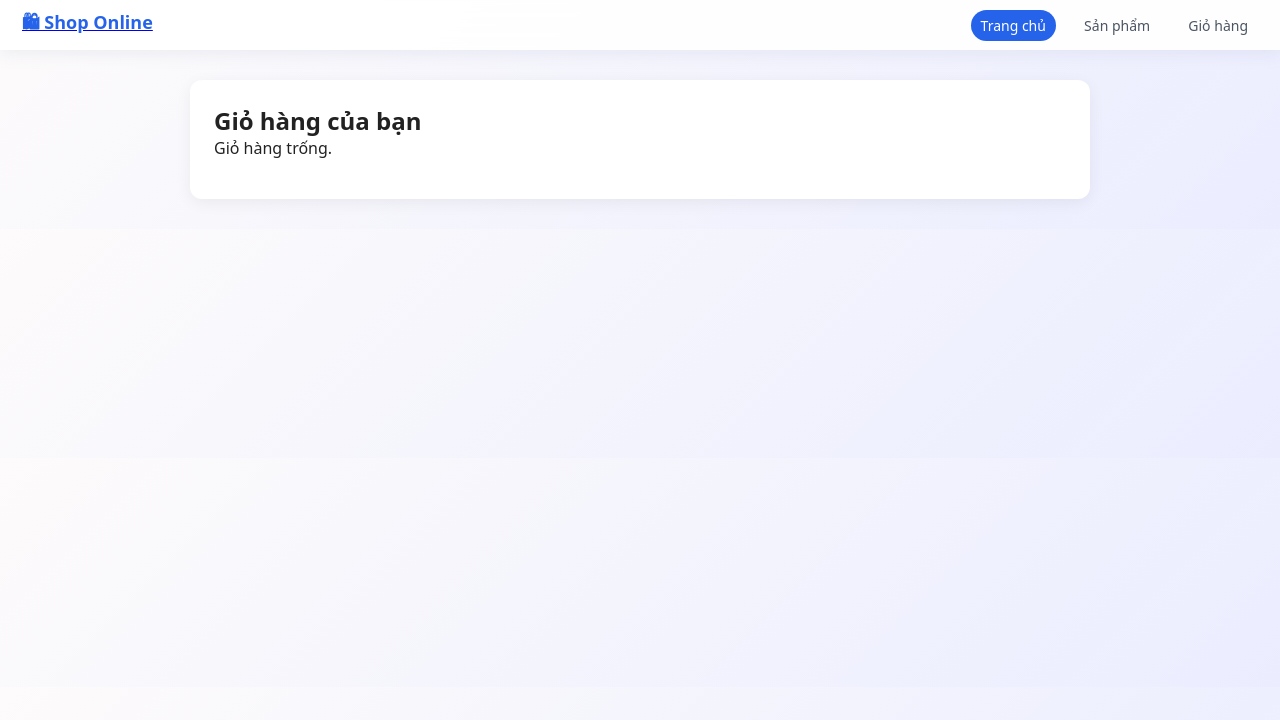
Repository: sapiens04/myshop_feuser
Page: cart.html
The author's editor kept a copy of each file at every save. The page is drawn from the files as they stood at one save, then again after the next save.
The browser window is 1280 px wide. The pictures show the whole page.

Above is the page before, as saved 2025-11-18 21:55:32.

After the next save:
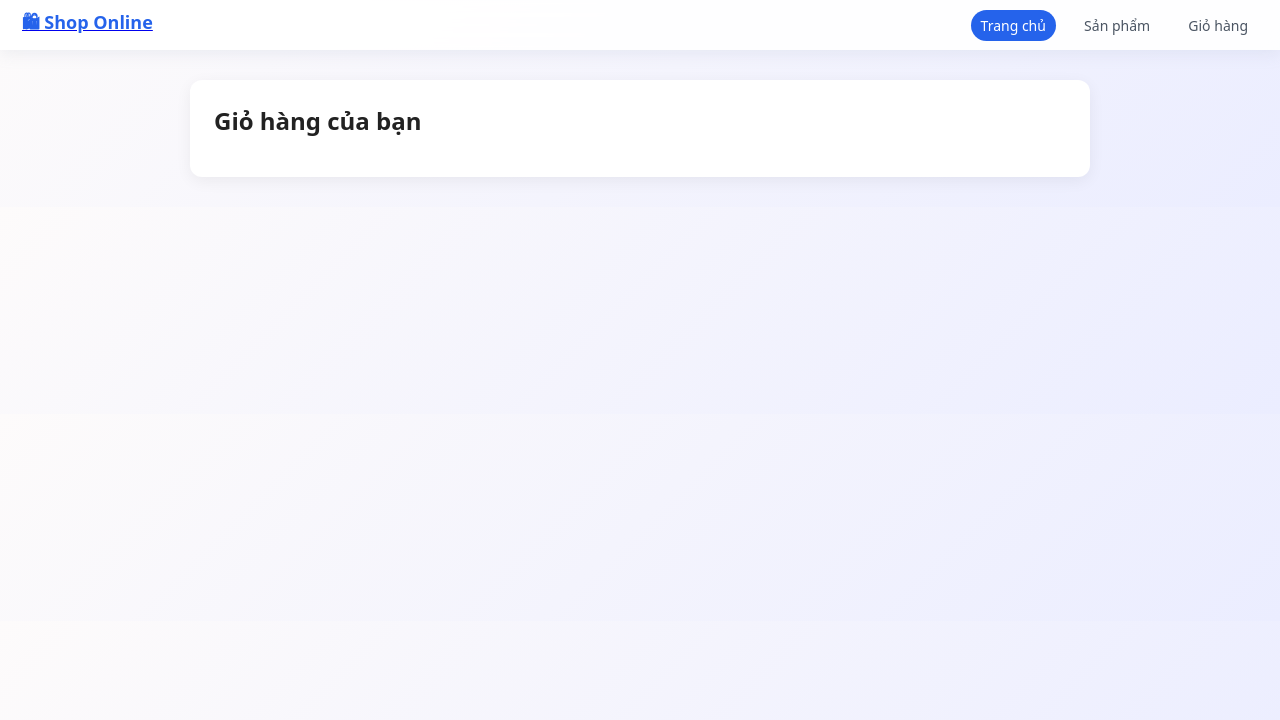
Console error: SyntaxError: Unexpected end of input
Saved 5 min 58 s later.
--- a/src/js/cart.js
+++ b/src/js/cart.js
@@ -1,4 +1,5 @@
-function loadCart() {
+// load giỏ hàng và hiển thị
+async function loadCart() {
     let cart = [];
     try {
         cart = JSON.parse(localStorage.getItem("cart") || "[]");
@@ -7,66 +8,78 @@
     }
 
     const list = document.getElementById("cartList");
-    let total = 0;
-
+    const totalPriceEl = document.getElementById("totalPrice");
     list.innerHTML = "";
 
     if (cart.length === 0) {
         list.innerHTML = `<p class="cart-empty">Giỏ hàng trống.</p>`;
-        document.getElementById("totalPrice").textContent = "";
+        totalPriceEl.textContent = "Tổng tiền: 0 VNĐ";
         if (typeof updateCartCount === "function") updateCartCount();
         return;
     }
 
-   cart.forEach(item => {
-    const lineTotal = item.price * item.qty;
+    let total = 0;
 
-    // 👇 GHÉP HOST BACKEND + đường dẫn ảnh lưu trong cart
-    const imgSrc = item.imageUrl
-        ? BACKEND_HOST + item.imageUrl
-        : "img/sample1.jpg";
+    // duyệt từng item trong cart
+    for (const item of cart) {
+        // gọi backend để lấy thông tin sp (ảnh)
+        let product = null;
+        try {
+            product = await fetchProductById(item.id);
+        } catch (e) {
+            console.error("Lỗi fetchProductById", e);
+        }
 
-    list.innerHTML += `
-        <div class="cart-item">
-            <img src="${imgSrc}" alt="${item.name}" class="cart-item-img">
+        // build link ảnh: http://localhost:8080 + /uploads/xxx.png
+        let imgSrc = "img/sample1.jpg";
+        if (product && product.imageUrl) {
+            imgSrc = "http://localhost:8080" + product.imageUrl;
+        }
 
-            <div class="cart-item-content">
-                <div class="cart-item-main">
-                    <h3 class="cart-item-name">${item.name}</h3>
-                    <p class="cart-item-price">
-                        Đơn giá: ${item.price.toLocaleString()} VNĐ
-                    </p>
-                </div>
+        const lineTotal = item.price * item.qty;
+        total += lineTotal;
 
-                <div class="cart-item-right">
-                    <div class="qty-control">
-                        <button onclick="changeQty(${item.id}, -1)">-</button>
-                        <span>${item.qty}</span>
-                        <button onclick="changeQty(${item.id}, 1)">+</button>
+        list.innerHTML += `
+            <div class="cart-item">
+                <img src="${imgSrc}" alt="${item.name}" class="cart-item-img">
+
+                <div class="cart-item-content">
+                    <div class="cart-item-main">
+                        <h3 class="cart-item-name">${item.name}</h3>
+                        <p class="cart-item-price">
+                            Đơn giá: ${item.price.toLocaleString()} VNĐ
+                        </p>
                     </div>
 
-                    <div class="cart-item-line-total">
-                        Thành tiền: ${lineTotal.toLocaleString()} VNĐ
+                    <div class="cart-item-right">
+                        <div class="qty-control">
+                            <button onclick="changeQty(${item.id}, -1)">-</button>
+                            <span>${item.qty}</span>
+                            <button onclick="changeQty(${item.id}, 1)">+</button>
+                        </div>
+
+                        <div class="cart-item-line-total">
+                            Thành tiền: ${lineTotal.toLocaleString()} VNĐ
+                        </div>
+
+                        <button class="remove-btn" onclick="removeItem(${item.id})">
+                            🗑 Xóa
+                        </button>
                     </div>
-
-                    <button class="remove-btn" onclick="removeItem(${item.id})">
-                        🗑 Xóa
-                    </button>
                 </div>
             </div>
-        </div>
-    `;
-});
+        `;
+    }
 
-
-    document.getElementById("totalPrice").textContent =
-        "Tổng tiền: " + total.toLocaleString() + " VNĐ";
+    // ✅ tổng tiền đúng
+    totalPriceEl.textContent = "Tổng tiền: " + total.toLocaleString() + " VNĐ";
 
     if (typeof updateCartCount === "function") {
         updateCartCount();
     }
 }
 
+// đổi số lượng
 function changeQty(id, delta) {
     let cart = JSON.parse(localStorage.getItem("cart") || "[]");
     const item = cart.find(x => x.id === id);
@@ -81,12 +94,7 @@
     loadCart();
 }
 
+// xóa hẳn sản phẩm khỏi giỏ
 function removeItem(id) {
     let cart = JSON.parse(localStorage.getItem("cart") || "[]");
-    cart = cart.filter(x => x.id !== id);
-
-    localStorage.setItem("cart", JSON.stringify(cart));
-    loadCart();
-}
-
-window.onload = loadCart;
+    cart = cart.fi

After the save that followed:
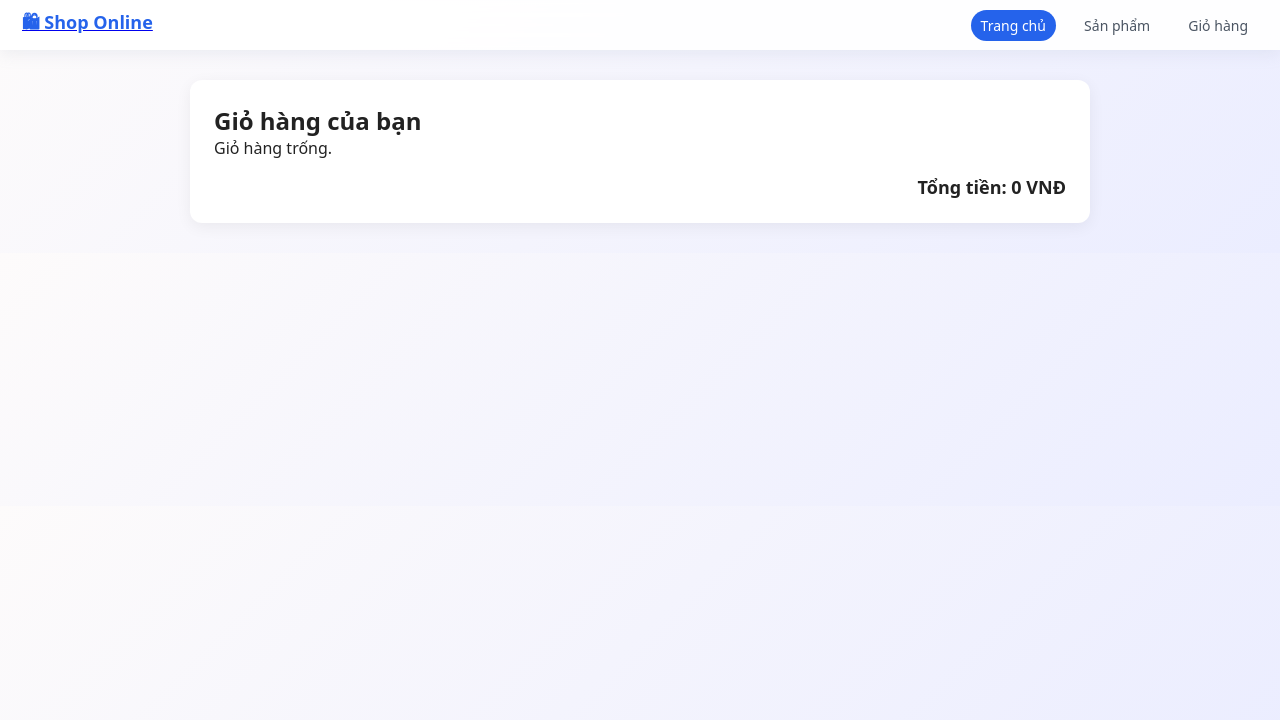
The error is gone.
Saved 105 s later.
--- a/src/js/cart.js
+++ b/src/js/cart.js
@@ -97,4 +97,9 @@
 // xóa hẳn sản phẩm khỏi giỏ
 function removeItem(id) {
     let cart = JSON.parse(localStorage.getItem("cart") || "[]");
-    cart = cart.fi
+    cart = cart.filter(x => x.id !== id);
+    localStorage.setItem("cart", JSON.stringify(cart));
+    loadCart();
+}
+
+window.addEventListener("load", loadCart);
